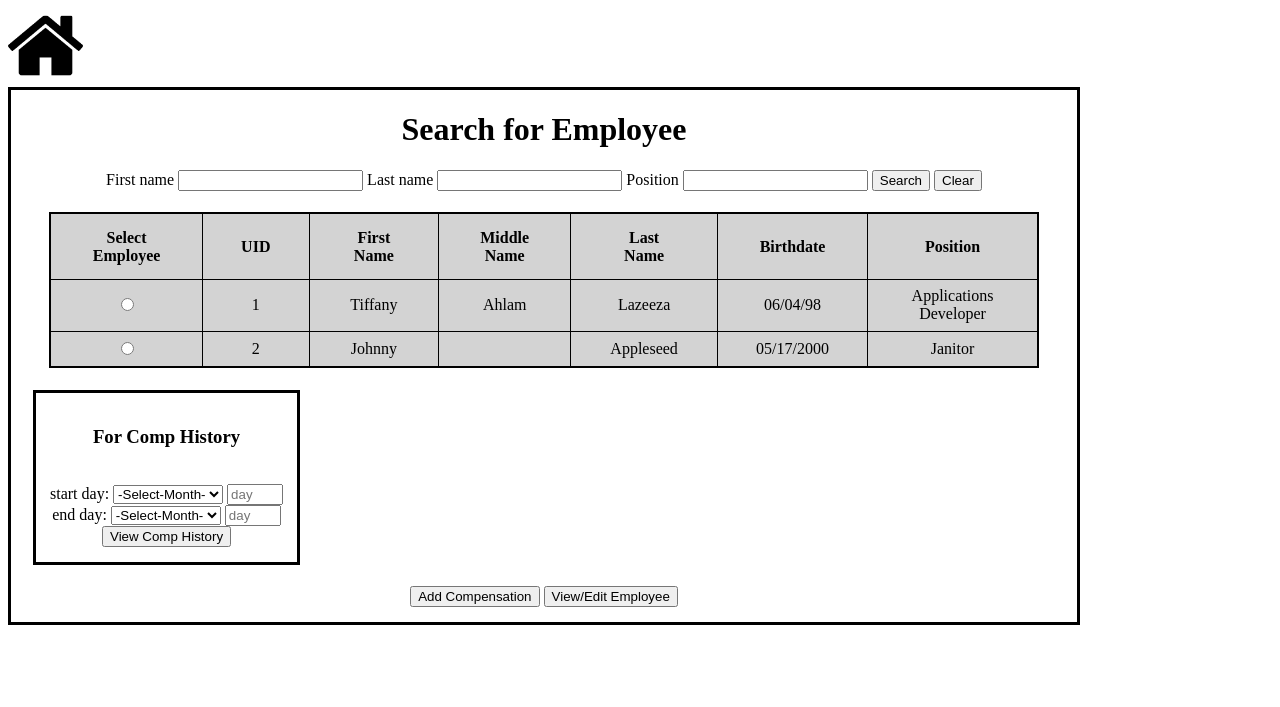
Repository: ticross18/SpringBootEmployeeSystem
Page: EmploymentSystem/src/main/resources/static/searchEmp.html
The author's editor kept a copy of each file at every save. The page is drawn from the files as they stood at one save, then again after the next save.
The browser window is 1280 px wide. The pictures show the whole page.

Above is the page before, as saved 2022-05-17 17:57:47.

After the next save:
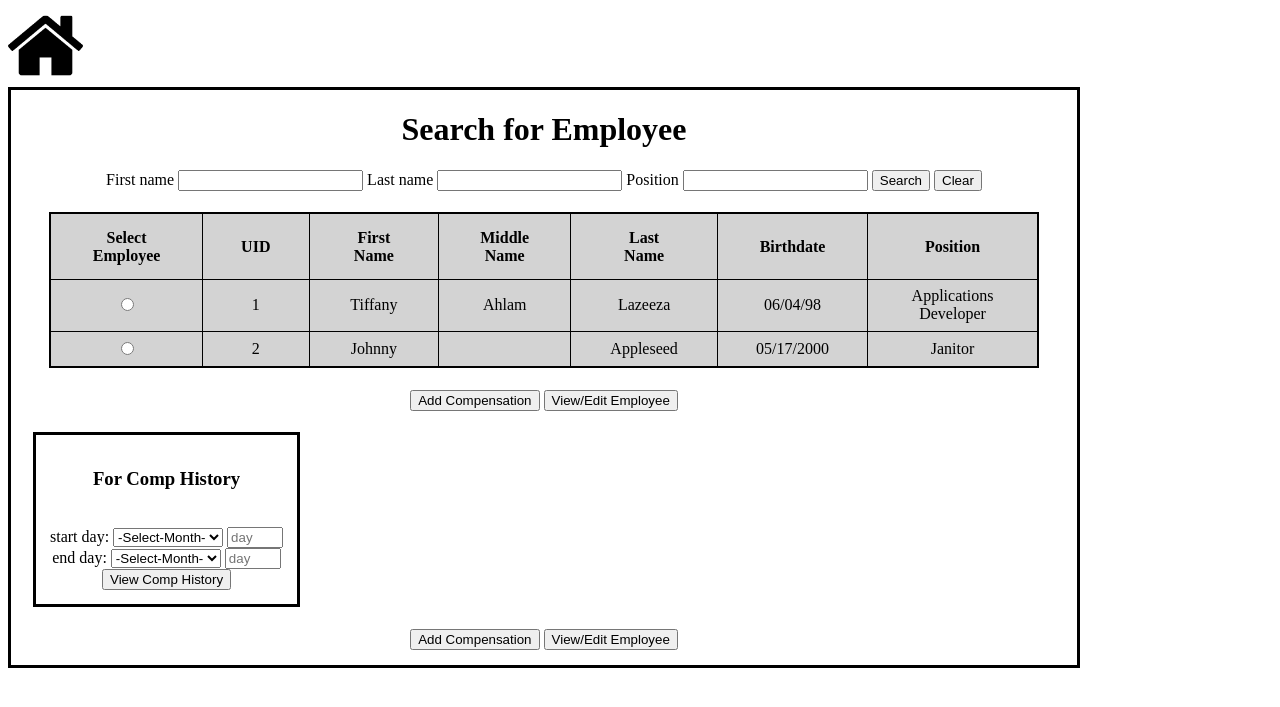
Saved 8 min 27 s later.
--- a/EmploymentSystem/src/main/resources/static/searchEmp.html
+++ b/EmploymentSystem/src/main/resources/static/searchEmp.html
@@ -55,6 +55,10 @@
 
 	</table>
 
+     <button type="button" class="optionButtons" onclick="location.href = '#';"  id="addEmp" > Add Compensation </button>
+
+     <button type="button" class="optionButtons" onclick="location.href = '#';" id="viewEditEmp"> View/Edit Employee </button>
+
 	<div id="dateRange">
 		<h3>For Comp History</h3><br>
 
